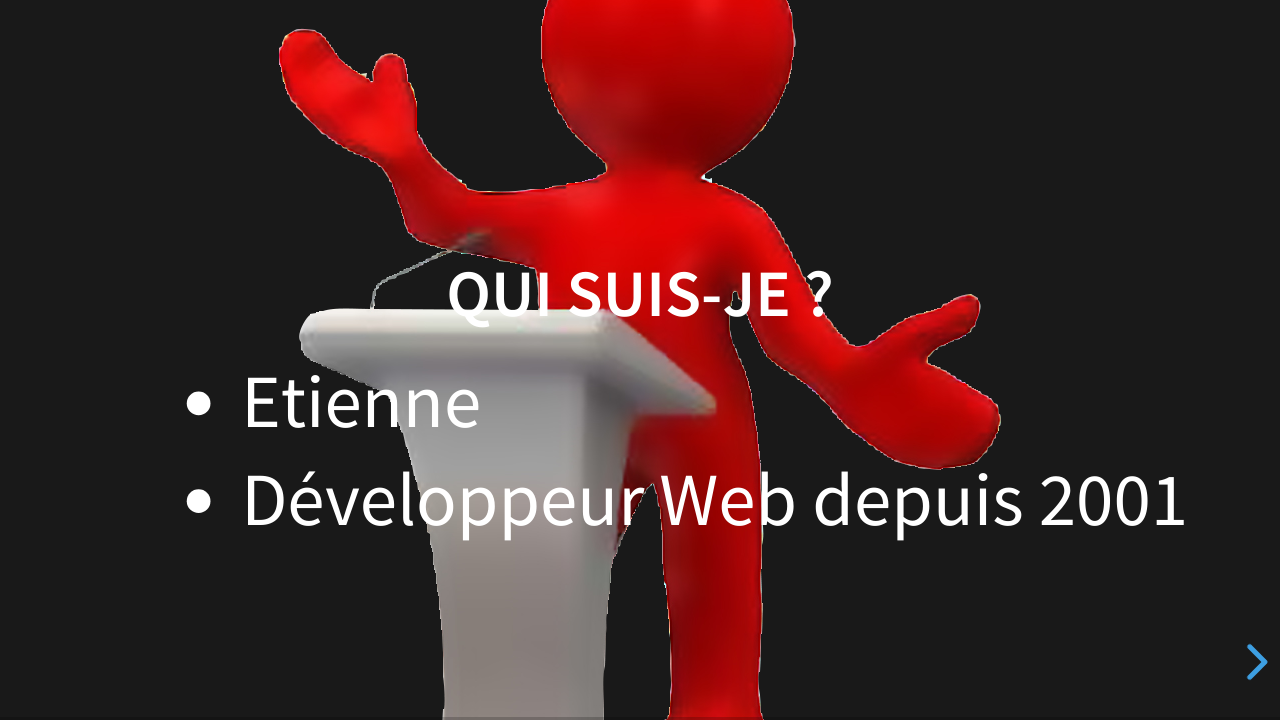
Repository: cutesquirrel/pres-college
Page: index.html
An editor plug-in stored every save of this project. The page is shown before and after the next save, followed by the edit.
The browser window is 1280 px wide. The pictures show the whole page.

Above is the page before, as saved 2024-03-31 10:38:42.

After the next save:
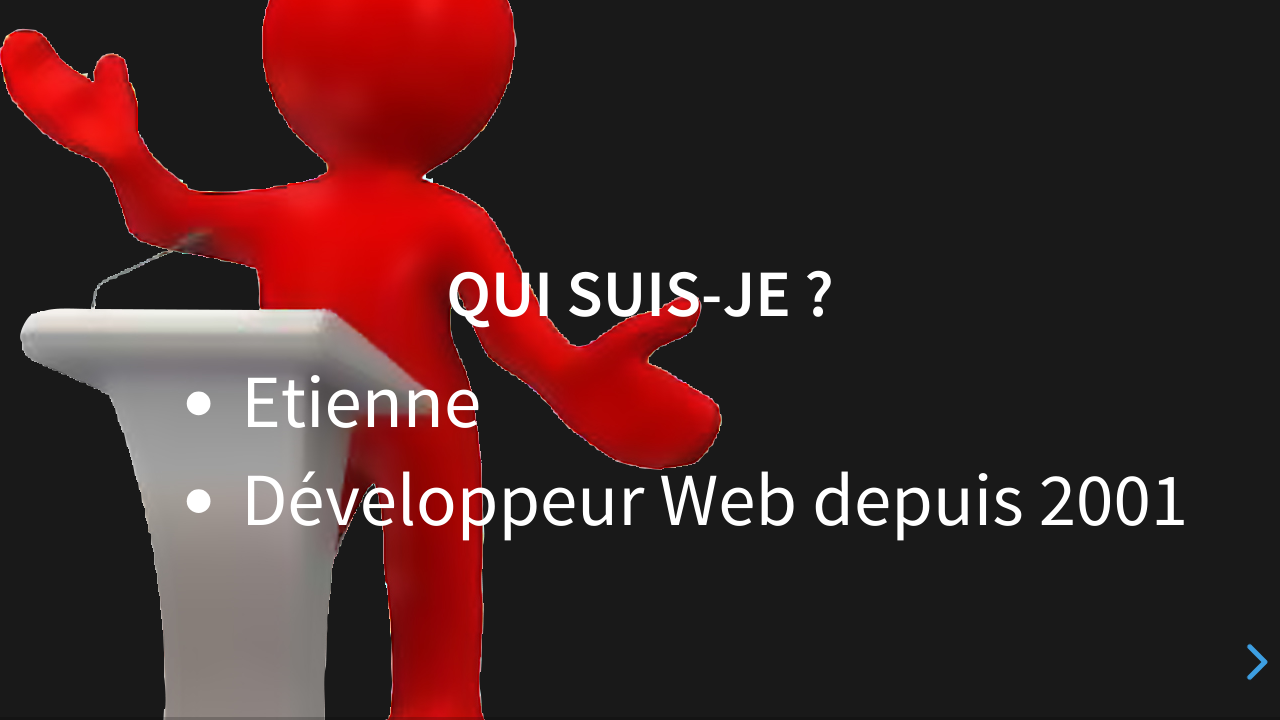
Saved 16 s later.
--- a/index.html
+++ b/index.html
@@ -16,7 +16,7 @@
 	<body>
 		<div class="reveal">
 			<div class="slides">
-				<section data-background-image="./whoami.png" data-background-size="722px" data-background-repeat="no-repeat">
+				<section data-background-image="./whoami.png" data-background-size="722px" data-background-position="left" data-background-repeat="no-repeat">
 					<h2>Qui suis-je ?</h2>
 					<ul class="r-fit-text" >
 						<li>Etienne</li>
